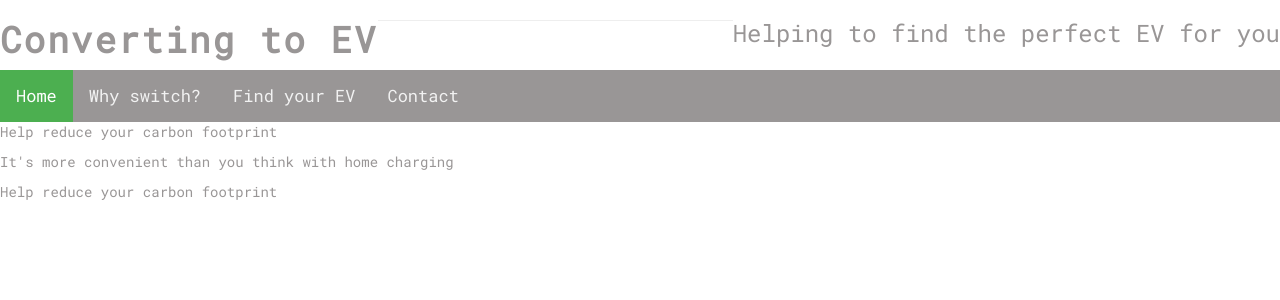
Repository: gnisco/project-2
Page: index.html
The author's editor kept a record of every edit. The page is drawn from the files as they stood at one moment, then again after the next edit.
The browser window is 1280 px wide. The pictures show the whole page.
Some web libraries are served in a nearby version.

Above is the page before.

### index.html
<!DOCTYPE html>
<html lang="en">
<head>
    <link rel="stylesheet" href="https://maxcdn.bootstrapcdn.com/bootstrap/3.3.7/css/bootstrap.min.css" type="text/css" />
    <link rel="stylesheet" href="https://maxcdn.bootstrapcdn.com/font-awesome/4.7.0/css/font-awesome.min.css" type="text/css" />
    <link rel="stylesheet" href="https://cdnjs.cloudflare.com/ajax/libs/hover.css/2.1.1/css/hover-min.css" type="text/css" />
    <link rel="stylesheet" href="assets/css/style.css" type="text/css" />
    <script src="https://ajax.googleapis.com/ajax/libs/jquery/3.2.1/jquery.min.js"></script>
    <script src="assets/js/navbar.js"></script>
    <title>Convert to EV</title>
</head>
<body>
    <header class="container-fluid">
        <div class="col">
            <div class="row bg-color-name-title">
                <div style="clear: both">
                    <h1 class="title" style="float: left">Converting to EV</h1>
                    <h3 class="sub-title" style="float: right">Helping to find the perfect EV for you</h3>
                </div>
                <hr />
            </div>
        </div>
        <div class="row">
            <div class="topnav" id="myTopnav">
                <a href="index.html" class="active">Home</a>
                <a href="why-switch.html">Why switch?</a>
                <a href="#find-your-ev.html">Find your EV</a>
                <a href="#contact.html">Contact</a>
                <a href="javascript:void(0);" class="icon" onclick="myFunction()">
                  <i class="fa fa-bars"></i>
                </a>
            </div>
    </header>
    <section class="container-fluid">
        <div class="row bg-photo">
            <p>Help reduce your carbon footprint</p>
        </div>
        <div class="row bg-photo-1">
            <p>It's more convenient than you think with home charging</p>
        </div>
        <div class="row bg-photo-2">
            <p>Help reduce your carbon footprint</p>
        </div>
    </section>
    <footer>

    </footer>
</body>
</html>

### assets/css/style.css
@import url('https://fonts.googleapis.com/css?family=Roboto+Mono&display=swap');

/*--------------------------------------------navbar*/

/* When the screen is less than 600 pixels wide, hide all links, except for the first one ("Home"). Show the link that contains should open and close the topnav (.icon) */
@media screen and (max-width: 600px) {
  .topnav a:not(:first-child) {display: none;}
  .topnav a.icon {
    float: right;
    display: block;
  }
}

/* The "responsive" class is added to the topnav with JavaScript when the user clicks on the icon. This class makes the topnav look good on small screens (display the links vertically instead of horizontally) */
@media screen and (max-width: 600px) {
  .topnav.responsive {position: relative;}
  .topnav.responsive a.icon {
    position: absolute;
    right: 0;
    top: 0;
  }
  .topnav.responsive a {
    float: none;
    display: block;
    text-align: left;
  }
}

/* Add a black background color to the top navigation */
.topnav {
  background-color: #999696;
  overflow: hidden;
}

/* Style the links inside the navigation bar */
.topnav a {
  float: left;
  display: block;
  color: #f2f2f2;
  text-align: center;
  padding: 14px 16px;
  text-decoration: none;
  font-size: 17px;
}

/* Change the color of links on hover */
.topnav a:hover {
  background-color: #87CEFA;
  color: black;
}

/* Add an active class to highlight the current page */
.topnav a.active {
  background-color: #4CAF50;
  color: white;
}

/* Hide the link that should open and close the topnav on small screens */
.topnav .icon {
  display: none;
}

/*--------------------------------------------Title*/

.bg-color-name-title {
    background-color: #fff;
    color: #fff;
}

.title {
    color: #999696;
    text-align: center;
    font-weight: bold;
    letter-spacing: 2px;
}

.sub-title {
    color: #999696;
    text-align: center;
}


body {
    font-family: Roboto Mono, sans-serif;
    font-weight: 200;
    background-color: #fff;
    color: #999696;
}

.bg-photo {
    background-image:
}

Loaded but not shown: assets/js/navbar.js (common file)

After the next edit:
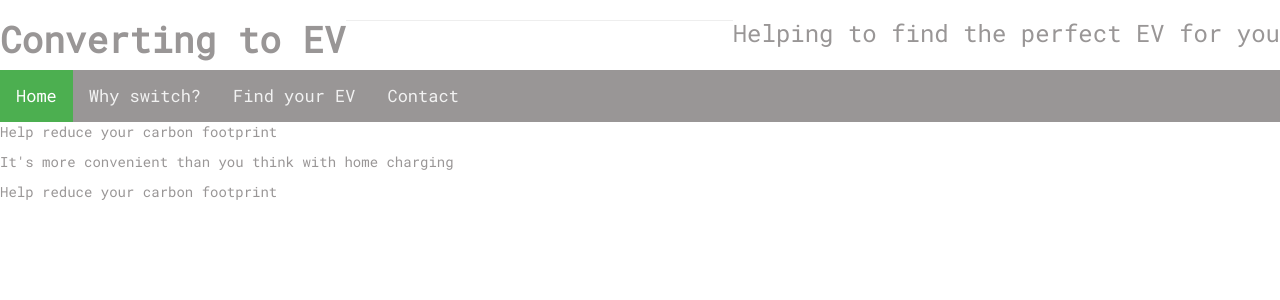
The edit:
--- a/assets/css/style.css
+++ b/assets/css/style.css
@@ -71,7 +71,6 @@
     color: #999696;
     text-align: center;
     font-weight: bold;
-    letter-spacing: 2px;
 }
 
 .sub-title {
